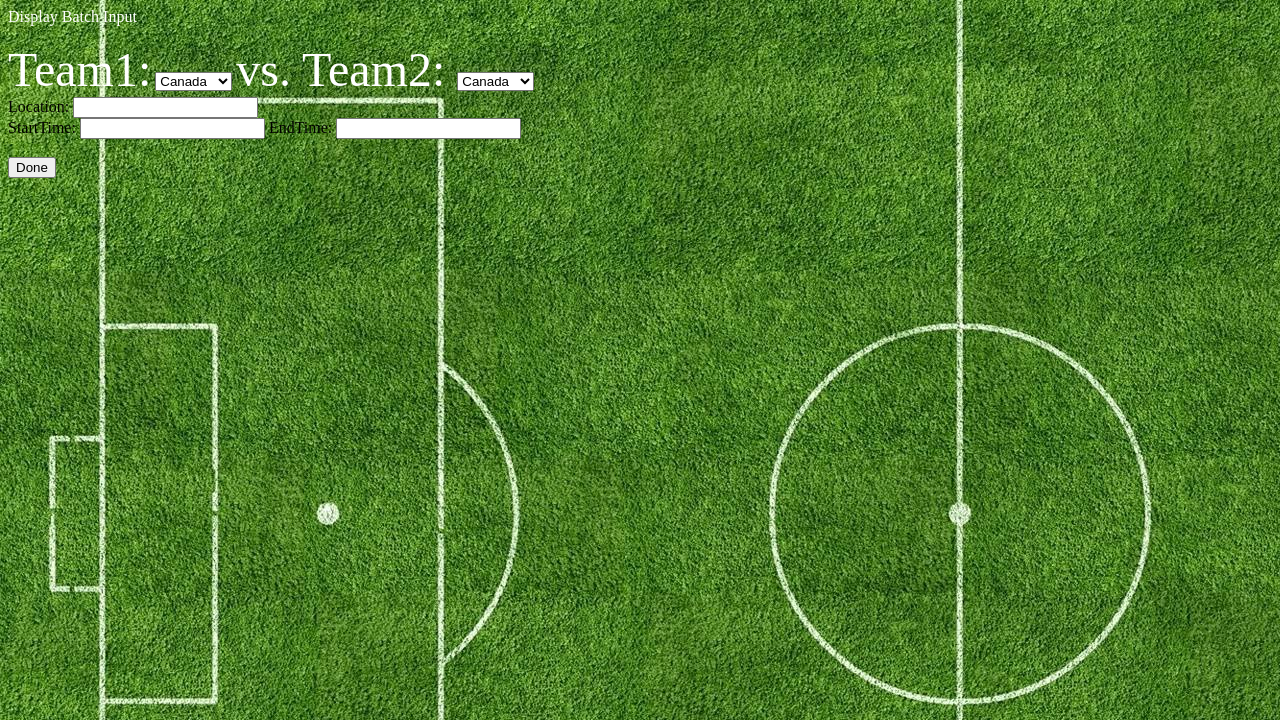
Repository: FredGlozman/SwiftScore
Page: SwiftScore/Batch.html
These files come from the project's save history. The page is drawn as it stood at one moment and after the next save; the edit follows.
The browser window is 1280 px wide. The pictures show the whole page.

Above is the page before, as saved 2015-12-03 12:29:55.

### SwiftScore/Batch.html
<html>
<style>
p {
	color: white;
}
</style>
<head>
<title>Batch Input Mode</title>
</head>
<body background="soccer.jpg">
<p>
Display Batch Input
</p>
<form action="Batch.php" method="post">
<font color="white" size = 30x >Team1:</font>
<select>
	<option name="team1" value="Canada">Canada</option>
	<option name="team1" value="Germany">Germany</option>
	<option name="team1" value="Italy">Italy</option>
</select>
<font color="white" size = 30x >vs.
Team2: </font>
<select>
	<option name="team2" value="Canada">Canada</option>
	<option name="team2" value="Germany">Germany</option>
	<option name="team2" value="Italy">Italy</option>
</select>
<br>
Location: <input type="text" name="location">
<br>
StartTime: <input type="text" name="startTime"> EndTime: <input type="text" name="endTime">
<br><br>
<input type= "submit" value= "Done">
</form>
</body>
</html>

After the next save:
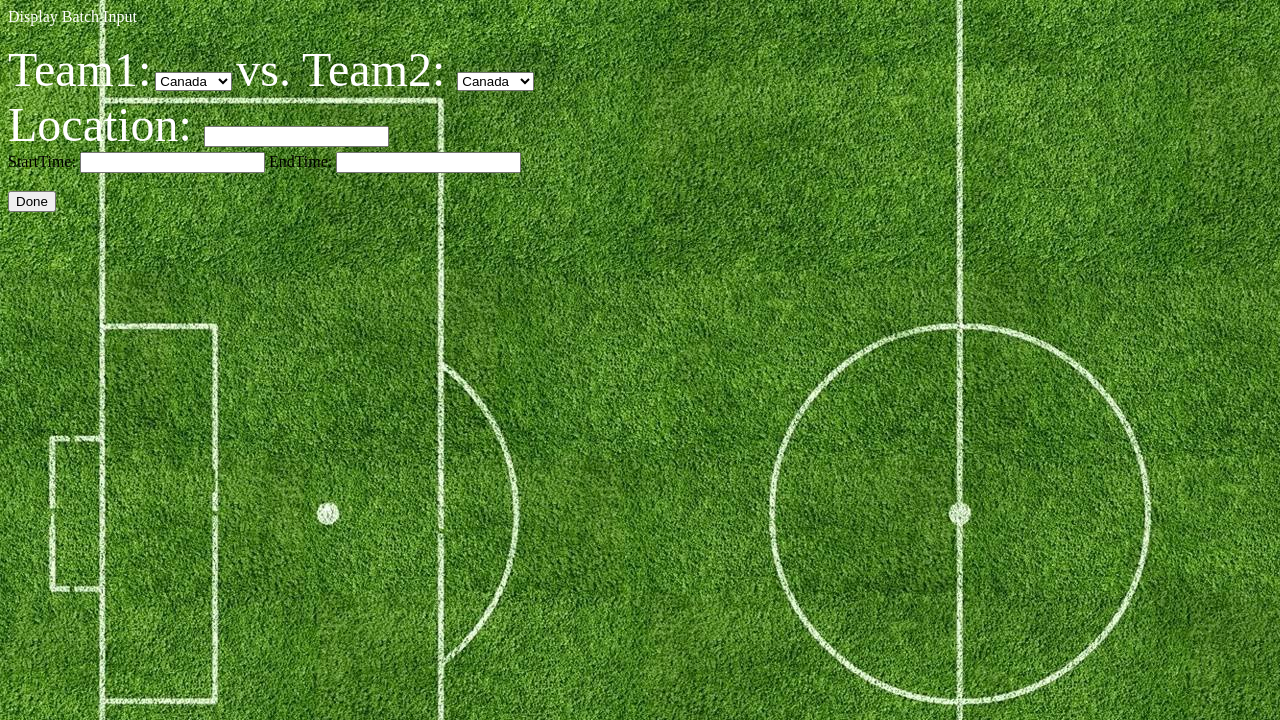
Saved 8 s later.
--- a/SwiftScore/Batch.html
+++ b/SwiftScore/Batch.html
@@ -26,7 +26,7 @@ Team2: </font>
 	<option name="team2" value="Italy">Italy</option>
 </select>
 <br>
-Location: <input type="text" name="location">
+<font color="white" size = 30x >Location: </font><input type="text" name="location">
 <br>
 StartTime: <input type="text" name="startTime"> EndTime: <input type="text" name="endTime">
 <br><br>
